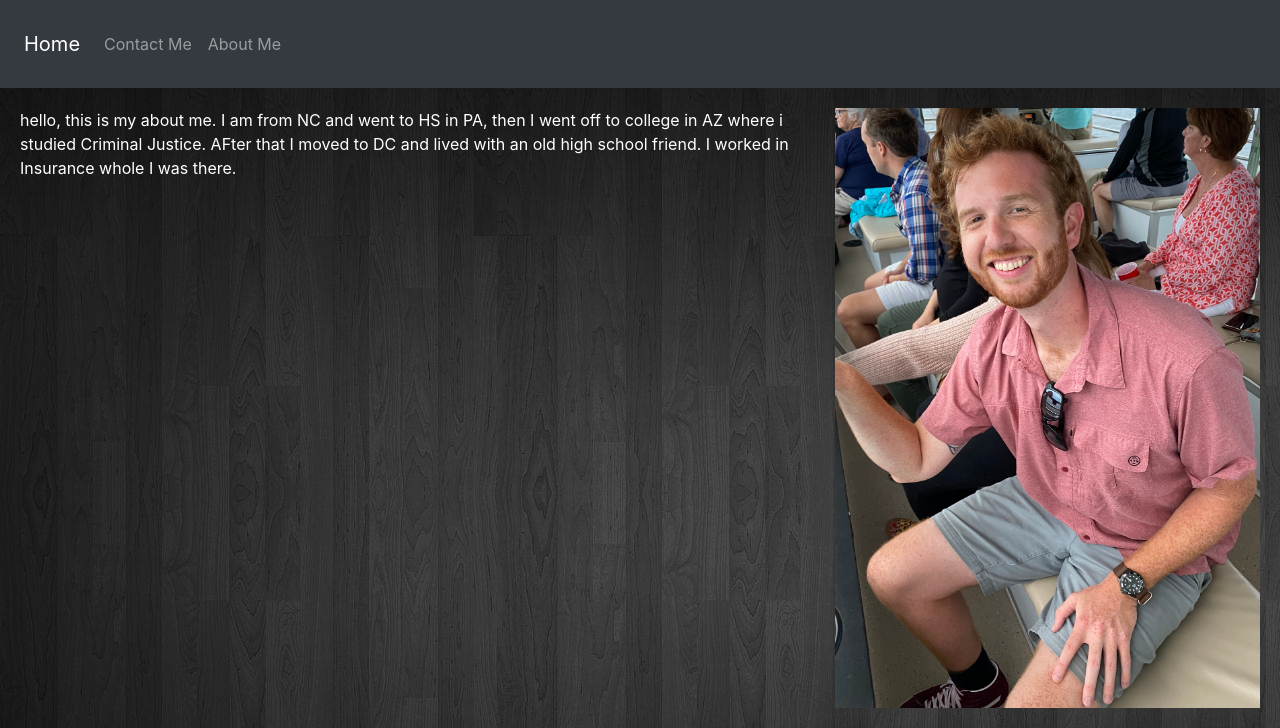
Repository: dupbd/portfolioWebPage
Page: BensSite/src/main/resources/static/aboutMe.html
An editor plug-in stored every save of this project. The page is shown before and after the next save, followed by the edit.
The browser window is 1280 px wide. The pictures show the whole page.

Above is the page before, as saved 2021-02-04 01:44:14.

### BensSite/src/main/resources/static/aboutMe.html
<!DOCTYPE html>
<html>
<head>
	<title>Ben Dupont</title>
	<link rel="stylesheet" href="style.css">
	<link rel="stylesheet" href="https://cdn.jsdelivr.net/npm/bootstrap@4.5.3/dist/css/bootstrap.min.css" integrity="sha384-TX8t27EcRE3e/ihU7zmQxVncDAy5uIKz4rEkgIXeMed4M0jlfIDPvg6uqKI2xXr2" crossorigin="anonymous">
</head>
<body>

	<nav class="navbar navbar-expand-lg navbar-dark bg-dark p-4">
  <button class="navbar-toggler" type="button" data-toggle="collapse" data-target="#navbarTogglerDemo03" aria-controls="navbarTogglerDemo03" aria-expanded="false" aria-label="Toggle navigation">
    <span class="navbar-toggler-icon"></span>
  </button>
  <a class="navbar-brand" href="index.html">Home</a>

  <div class="collapse navbar-collapse" id="navbarTogglerDemo03">
    <ul class="navbar-nav mr-auto mt-2 mt-lg-0">
      <li class="nav-item">
        <a class="nav-link" href="contact.html">Contact Me<span class="sr-only">(current)</span></a>
      </li>
      <li class="nav-item">
        <a class="nav-link" href="aboutMe.html">About Me</a>
      </li>
    </ul>
  </div>
</nav>



<img class="me" src="me.jpeg" alt="It's Me" width="425" height="600" style="margin:20px; float:right;">

<p class="aboutme" style="margin:20px;">hello, this is my about me. I am from NC and went to HS in PA, then I
went off to college in AZ where i studied Criminal Justice. AFter that I moved to DC and lived with an old high school friend.
I worked in Insurance whole I was there. </p>




</body>

</html>

### BensSite/src/main/resources/static/style.css
#resume {
	 display: block;
  margin-left: auto;
  margin-right: auto;

}
.card {
	margin-left: 100px;
	margin-top: 0px;
	margin-bottom: 50px;


	}


body {
	background-image: url("background.jpg") !important;
	overflow: auto;
	}

.jumbotron {
	background: none !important;
	margin-bottom: 0px !important;
	}

.lead {
	color: lightgrey;
	}

.display-4 {
	color: white;
	}

.aboutme {
	color: white;
	margin-left: 15px;
	}

After the next save:
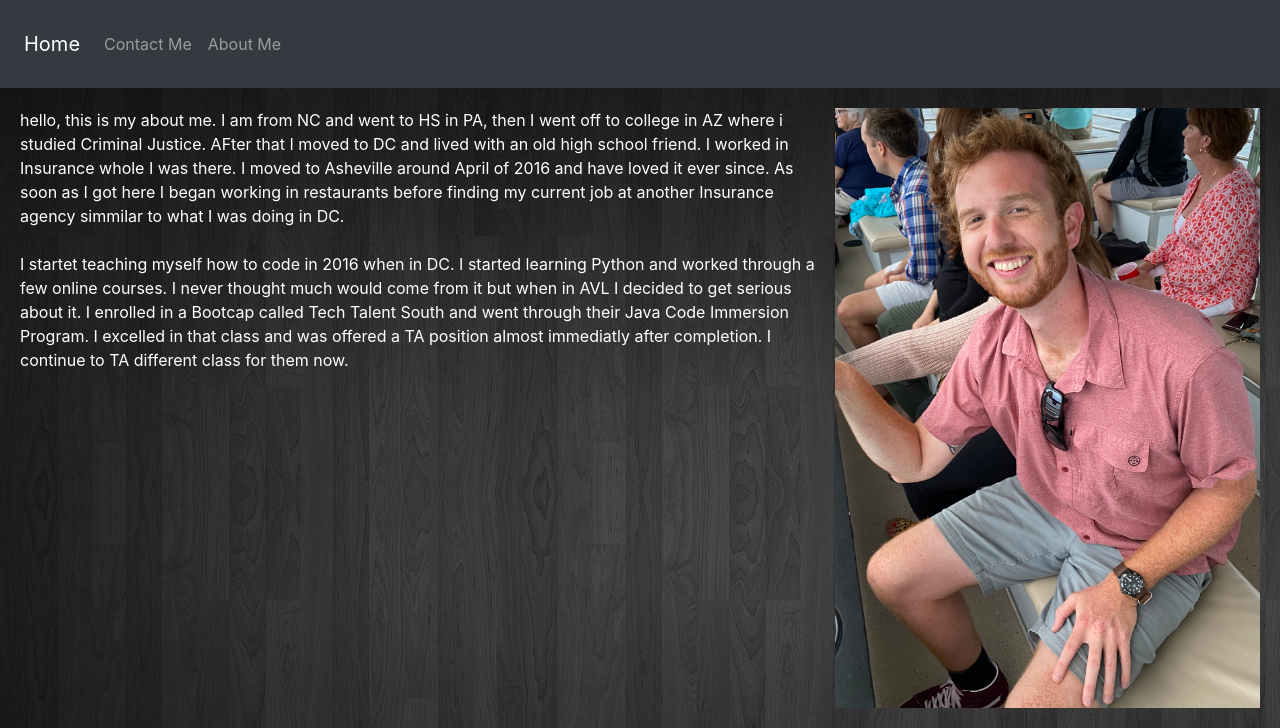
Saved 3 min 24 s later.
--- a/BensSite/src/main/resources/static/aboutMe.html
+++ b/BensSite/src/main/resources/static/aboutMe.html
@@ -31,7 +31,12 @@
 
 <p class="aboutme" style="margin:20px;">hello, this is my about me. I am from NC and went to HS in PA, then I
 went off to college in AZ where i studied Criminal Justice. AFter that I moved to DC and lived with an old high school friend.
-I worked in Insurance whole I was there. </p>
+I worked in Insurance whole I was there. I moved to Asheville around April of 2016 and have loved it ever since. As soon as
+I got here I began working in restaurants before finding my current job at another Insurance agency simmilar to what I was
+doing in DC. <br><br>I startet teaching myself how to code in 2016 when in DC. I started learning Python and worked
+through a few online courses. I never thought much would come from it but when in AVL I decided to get serious about it.
+I enrolled in a Bootcap called Tech Talent South and went through their Java Code Immersion Program. I excelled in
+that class and was offered a TA position almost immediatly after completion. I continue to TA different class for them now.</p>
 
 
 
